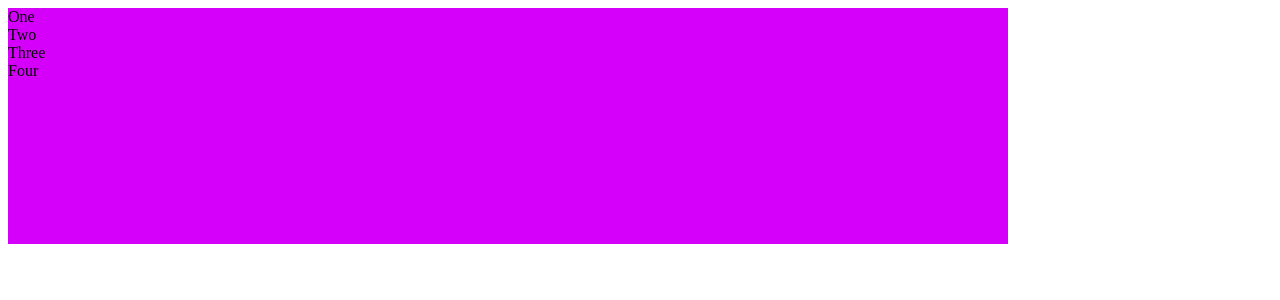
Repository: LavriaNeptune/css-basic
Page: position/z-index.html
The author's editor kept a copy of each file at every save. The page is drawn from the files as they stood at one save, then again after a run of saves.
The browser window is 1280 px wide. The pictures show the whole page.

Above is the page before, as saved 2022-08-19 20:28:33.

### position/z-index.html
<!DOCTYPE html>
<html>
  <body>
    <style>
      #one {
        width: 1000px;
        height: 200px;
        background-color: #d500f9;
      }
      #two {
        width: 1000px;
        height: 200px;
        background-color: #d500f9;
      }
      #three {
        width: 1000px;
        height: 200px;
        background-color: #d500f9;
      }
      #fore {
        width: 1000px;
        height: 200px;
        background-color: #d500f9;
      }
    </style>
  </body>
  <body>
    <div id="one">
      One
      <div id="two">
        Two
        <div id="three">
          Three
          <div id="four">Four</div>
        </div>
      </div>
    </div>
  </body>
</html>

After the next 3 saves:
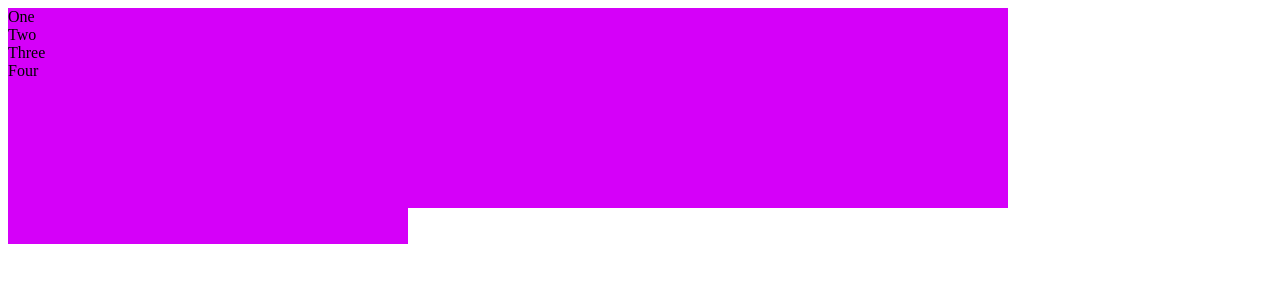
The 3 saves are shown as one change because they came seconds apart.
The last was saved 23 s later.
--- a/position/z-index.html
+++ b/position/z-index.html
@@ -8,12 +8,12 @@
         background-color: #d500f9;
       }
       #two {
-        width: 1000px;
+        width: 400px;
         height: 200px;
         background-color: #d500f9;
       }
       #three {
-        width: 1000px;
+        width: 400px;
         height: 200px;
         background-color: #d500f9;
       }
